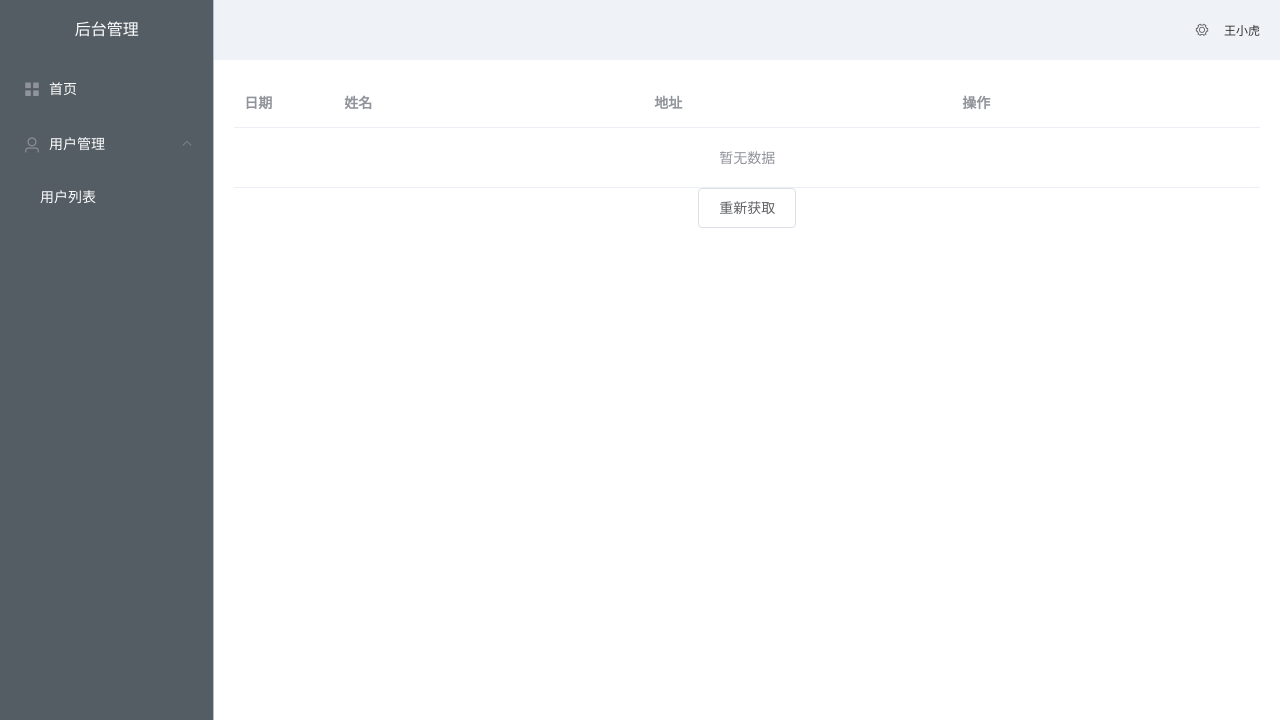
Repository: cmw520520/admin_vue
Page: /#/user/userlist
The author's editor kept a copy of each file at every save. The page is drawn from the files as they stood at one save, then again after the next save.
The browser window is 1280 px wide. The pictures show the whole page.
The page's requests for data from a server got no answer. The project was rebuilt for these pictures with package versions that can differ from the ones it lists, and the page was loaded fresh each time. No one was signed in, and anything a server would have sent is missing. Also part of the build but not shown: src/page/home/Home.vue, example/Echart.vue.

Above is the page before, as saved 2019-07-03 09:41:06.

### index.html
<!DOCTYPE html>
<html>
  <head>
    <meta charset="utf-8">
    <meta name="viewport" content="width=device-width,initial-scale=1.0">
    <title>cmw</title>
  </head>
  <body>
    <div id="app"></div>
    <!-- built files will be auto injected -->
  </body>
</html>

### src/main.js
// The Vue build version to load with the `import` command
// (runtime-only or standalone) has been set in webpack.base.conf with an alias.
import Vue from 'vue'
import App from './App'
import router from './router'
import ElementUI from 'element-ui'
import 'element-ui/lib/theme-chalk/index.css'
import store from './store/index'
import axios from 'axios'

Vue.config.productionTip = false

axios.defaults.baseURL = '/api/'

Vue.use(ElementUI)

/* eslint-disable no-new */
new Vue({
  el: '#app',
  router,
  store,
  components: { App },
  template: '<App/>'
})

### src/App.vue
<template>
  <div id="app">
    <!-- <img src="./assets/logo.png"> -->
    <router-view/>
  </div>
</template>

<script>
export default {
  name: 'App'
}
</script>

<style>
#app {
  font-family: 'Avenir', Helvetica, Arial, sans-serif;
  -webkit-font-smoothing: antialiased;
  -moz-osx-font-smoothing: grayscale;
  text-align: center;
  color: #2c3e50;
  width: 100%;
  height: 100%;
  /* margin-top: 60px; */
}

body, html {
  margin: 0;
  padding: 0;
  height: 100%;
  width: 100%;
}
</style>

### src/router/index.js
import Vue from 'vue'
import Router from 'vue-router'
// import HelloWorld from '@/components/HelloWorld'
import Manage from '@/page/Manage'
import Home from '@/page/home/Home'
import UserList from '@/page/user/UserList'
import Echart from '../../example/Echart'

Vue.use(Router)

export default new Router({
  routes: [
    {
      path: '/',
      name: '',
      component: Manage,
      children: [
        {
          path: '',
          component: Home,
          meta: []
        },
        {
          path: '/user/userlist',
          component: UserList,
          meta: []
        },
        {
          path: '/example/echart',
          component: Echart,
          meta: ['图表']
        }
      ]
    }
  ]
})

### src/store/index.js
import Vue from 'vue'
import Vuex from 'vuex'
import user from './user/index'

Vue.use(Vuex)

const store = new Vuex.Store({
  modules: {
    user
  }
})

export default store

### src/page/Manage.vue
<template>
  <el-container style="height: 100%;">
    <el-col :span="4" style="background-color: rgb(84, 92, 100);overflow:hidden;">
      <el-col>
        <div class="logo">后台管理</div>
      </el-col>
      <el-col>
        <el-slider></el-slider>
      </el-col>
    </el-col>

    <el-col :span="20" style="border-left: 1px solid #b3c0d1;overflow: auto;overflow-scrolling: touch;">
      <el-header style="text-align: right; font-size: 12px">
        <el-dropdown>
          <i class="el-icon-setting" style="margin-right: 15px"></i>
          <el-dropdown-menu slot="dropdown">
            <el-dropdown-item>查看</el-dropdown-item>
            <el-dropdown-item>新增</el-dropdown-item>
            <el-dropdown-item>删除</el-dropdown-item>
          </el-dropdown-menu>
        </el-dropdown>
        <span>王小虎</span>
      </el-header>

      <el-main>
        <transition name="fade" mode="out-in">
            <router-view></router-view>
        </transition>
      </el-main>
    </el-col>
  </el-container>
</template>

<script>
import slider from '@/components/Slider'

export default {
  name: 'manage',
  components: {
    'el-slider': slider
  }
}
</script>

<style scope>
.el-header {
  background-color: #EFF2F7;
  color: #333;
  line-height: 60px;
}

.el-aside {
  color: #333;
}

.fade-enter-active, .fade-leave-active {
    transition: opacity 0.5s, transform 0.5s;
}

.fade-enter, .fade-leave-to {
    opacity: 0;
}

/* 导航logo S */
.logo {
    height: 60px;
    line-height: 60px;
    color: #fff;
}
/* 导航logo E */
</style>

### src/page/user/UserList.vue
<template>
    <el-row>
      <el-col>
        <el-table v-if="userList" :data="userList" style="width:100%;">
            <el-table-column prop="date" label="日期" width="100"></el-table-column>
            <el-table-column prop="name" label="姓名"></el-table-column>
            <el-table-column prop="address" label="地址"></el-table-column>
            <el-table-column label="操作">
            <template slot-scope="scope">
              <el-button
                size="mini"
                @click="handleEdit(scope.$index, scope.row)"
              >编辑</el-button>
              <el-button
                size="mini"
                type="danger"
                @click="handleDelete(scope.$index, tableData)"
              >删除</el-button>
            </template>
          </el-table-column>
        </el-table>
      </el-col>

      <el-col>
        <el-button @click="getUserList">重新获取</el-button>
      </el-col>
    </el-row>

</template>

<script>
import {mapState} from 'vuex'
import {user} from '../../store/user/index'

export default {
  name: 'userlist',
  data () {
    return {
      i: ''
    }
  },
  computed: {
    ...mapState({
      userList: state => user.state.userList
    })
  },
  mounted () {
    this.getUserList()
  },
  methods: {
    getUserList () {
      this.$store.dispatch('GETUSERLIST')
    }
  }
}
</script>

<style scope>

</style>

### src/store/user/index.js
import * as types from './types'
import http from '../../utils/http'

export const user = {
  state: {
    userList: []
  },
  actions: {
    [types.GETUSERLIST] (context, params) {
      http.fetch('user/userlist', params).then(data => {
        context.commit(types.GETUSERLIST, data)
      })
    }
  },
  mutations: {
    [types.GETUSERLIST] (state, data) {
      state.userList = data.data
    }
  }
}

export default user

### src/components/Slider.vue
<template>
  <el-menu :default-openeds="['1', '3']"
    background-color="rgb(84, 92, 100)"
    text-color="#fff"
    active-text-color="#fff"
    style="border:none;text-align:left;"
    router>
    <label v-for="(item, index) in navMenu" :key="index">
      <el-menu-item v-if="item.isHeader" :index="item.component">
        <i :class=item.icon></i>
        <span slot="title">{{ item.name }}</span>
      </el-menu-item>

      <el-submenu v-else :index="String(index)">
        <template slot="title">
          <i :class=item.icon></i>{{ item.name }}
        </template>
        <el-menu-item v-for="(item2, index2) in item.children" :key="index2" :index="item2.component">{{ item2.name }}</el-menu-item>
      </el-submenu>
    </label>
  </el-menu>
</template>

<script>
export default {
  name: 'slider',
  data () {
    return {
      navMenu: [
        {
          isHeader: true,
          name: '首页',
          icon: 'el-icon-menu',
          component: '/'
        },
        {
          name: '用户管理',
          icon: 'el-icon-user',
          children: [
            {
              name: '用户列表',
              component: '/user/userlist'
            }
          ]
        }
      ]
    }
  }
}
</script>

<style>
</style>

### src/store/user/types.js
export const GETUSERLIST = 'GETUSERLIST'

### src/utils/http.js
import axios from 'axios'
import qs from 'qs'
import Vue from 'vue'

const vue = new Vue()
// axios.defaults.headers.post['Content-Type'] = 'application/x-www-form-urlencoded; chartset=UTF-8'

export default {
  fetch (path, params) {
    if (!(params instanceof FormData)) {
      params = qs.stringify(params)
    }
    return axios.post(path, params).then(function (rep) {
      let data = rep.data
      if (data.code && data.code !== 1) {
        vue.$message({
          showClose: true,
          message: data.message,
          type: 'error'
        })
        return Promise.reject(data)
      }
      return data
    })
  }
}

After the next save:
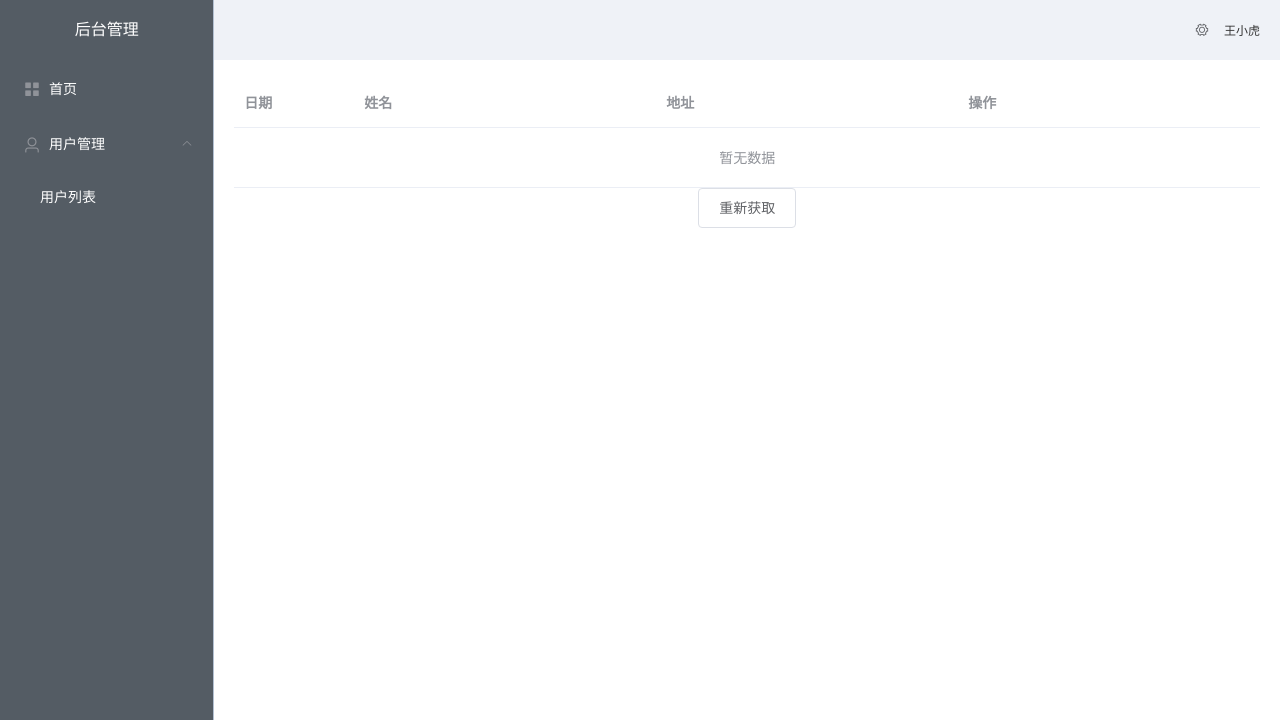
Saved 6 s later.
--- a/src/page/user/UserList.vue
+++ b/src/page/user/UserList.vue
@@ -2,7 +2,7 @@
     <el-row>
       <el-col>
         <el-table v-if="userList" :data="userList" style="width:100%;">
-            <el-table-column prop="date" label="日期" width="100"></el-table-column>
+            <el-table-column prop="date" label="日期" width="120"></el-table-column>
             <el-table-column prop="name" label="姓名"></el-table-column>
             <el-table-column prop="address" label="地址"></el-table-column>
             <el-table-column label="操作">
